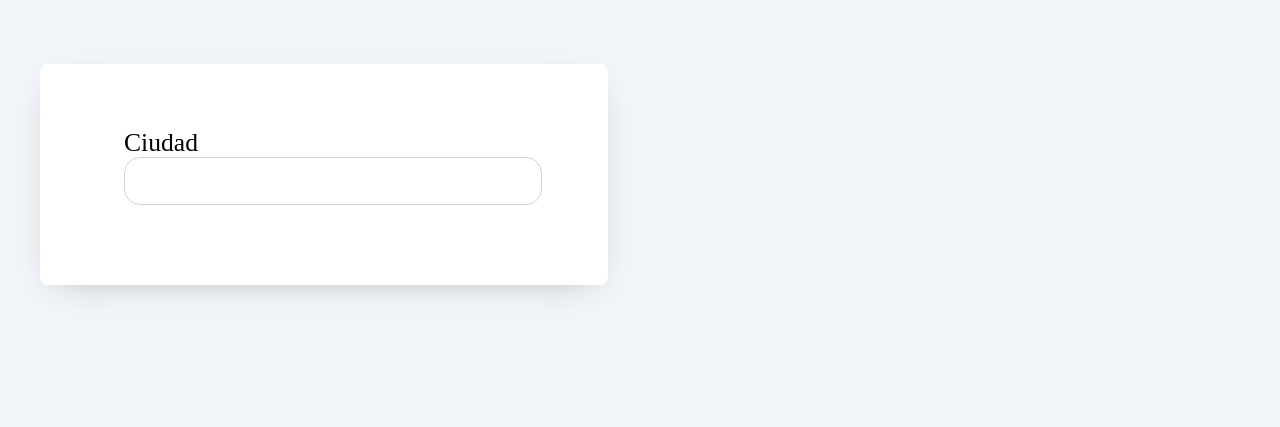
Repository: CarlosCamposRodriguez99/climaApp
Page: /
The author's editor kept a copy of each file at every save. The page is drawn from the files as they stood at one save, then again after a run of saves.
The browser window is 1280 px wide. The pictures show the whole page.
Some web fonts or font styles are not loaded; a fallback is used. The project was rebuilt for these pictures with package versions that can differ from the ones it lists, and the page was loaded fresh each time. Also part of the build but not shown: vite.config.js.

Above is the page before, as saved 2022-03-15 18:22:18.

### index.html
<!DOCTYPE html>
<html lang="en">
  <head>
    <meta charset="UTF-8" />
    <link rel="icon" type="image/svg+xml" href="/src/favicon.svg" />
    <meta name="viewport" content="width=device-width, initial-scale=1.0" />
    <title>Clima App - Context</title>
    <link rel="stylesheet" href="https://cdnjs.cloudflare.com/ajax/libs/modern-normalize/1.1.0/modern-normalize.min.css">
    <link rel="preconnect" href="https://fonts.googleapis.com">
    <link rel="preconnect" href="https://fonts.gstatic.com" crossorigin>
    <link href="https://fonts.googleapis.com/css2?family=Hubballi&family=Inter:wght@900&display=swap" rel="stylesheet">

  </head>
  <body>
    <div id="root"></div>
    <script type="module" src="/src/main.jsx"></script>
  </body>
</html>

### src/index.css
body {
  font-family: 'Hubballi', cursive;
  background-color: #f1f5f9;
  font-size: 1.6rem;
}
header {
  background-color: #0ea5e9;
  padding: 1.5rem;
  border-bottom: 1rem solid #0284c7;
}
header h1 {
  text-align: center;
  color: white;
  font-family: 'Inter', sans-serif;
  font-size: 3rem;
  margin:0;
}
.dos-columnas {
  display: grid;
  gap: 4rem;
}
@media (min-width: 768px) {
  .dos-columnas {
    grid-template-columns: repeat(2, 1fr);
  }
}
main {
  margin: 4rem auto;
  max-width: 1200px;
}
.contenedor {
  margin: 0 auto 2rem auto;
  border-radius: .5rem;
  background-color: white;
  padding: 4rem;
  -webkit-box-shadow: 0px 10px 33px -17px rgba(173,173,173,1);
  -moz-box-shadow: 0px 10px 33px -17px rgba(173,173,173,1);
  box-shadow: 0px 10px 33px -17px rgba(173,173,173,1);
  width: 100%;
}
form {
  width: 100%;
}
.campo {
  max-width: 400px;
  margin: 0 auto 1rem auto;
}
.campo label {
  display: block;

}
.campo input,
.campo select {
  all: unset;
  border: 1px solid #cbd5e1;
  width: 100%;
  border-radius: 1rem;
  padding: .5rem;
}

input[type="submit"] {
  background-color: #0ea5e9;
  margin: 2rem auto 0 auto;
  display: block;
  padding: 1rem 3rem;
  color: white;
  text-transform: uppercase;
  font-family: 'Inter', sans-serif;
  font-size: 1rem;
  border: none;
  width: 100%;
  transition: background-color .3s ease;
}
@media (min-width: 768px) {
  input[type="submit"]  {
    max-width: 400px;
  }
}
input[type="submit"]:hover {
  background-color: #0369a1;
}


.loading {
  display: flex;
  justify-content: center;
  align-items: center;
  width: 100%;
}

.sk-chase {
  width: 40px;
  height: 40px;
  position: relative;
  animation: sk-chase 2.5s infinite linear both;

}

.sk-chase-dot {
  width: 100%;
  height: 100%;
  position: absolute;
  left: 0;
  top: 0;
  animation: sk-chase-dot 2.0s infinite ease-in-out both;
}

.sk-chase-dot:before {
  content: '';
  display: block;
  width: 25%;
  height: 25%;
  background-color: #0ea5e9;
  border-radius: 100%;
  animation: sk-chase-dot-before 2.0s infinite ease-in-out both;
}

.sk-chase-dot:nth-child(1) { animation-delay: -1.1s; }
.sk-chase-dot:nth-child(2) { animation-delay: -1.0s; }
.sk-chase-dot:nth-child(3) { animation-delay: -0.9s; }
.sk-chase-dot:nth-child(4) { animation-delay: -0.8s; }
.sk-chase-dot:nth-child(5) { animation-delay: -0.7s; }
.sk-chase-dot:nth-child(6) { animation-delay: -0.6s; }
.sk-chase-dot:nth-child(1):before { animation-delay: -1.1s; }
.sk-chase-dot:nth-child(2):before { animation-delay: -1.0s; }
.sk-chase-dot:nth-child(3):before { animation-delay: -0.9s; }
.sk-chase-dot:nth-child(4):before { animation-delay: -0.8s; }
.sk-chase-dot:nth-child(5):before { animation-delay: -0.7s; }
.sk-chase-dot:nth-child(6):before { animation-delay: -0.6s; }

@keyframes sk-chase {
  100% { transform: rotate(360deg); }
}

@keyframes sk-chase-dot {
  80%, 100% { transform: rotate(360deg); }
}

@keyframes sk-chase-dot-before {
  50% {
    transform: scale(0.4);
  } 100%, 0% {
    transform: scale(1.0);
  }
}

### src/App.jsx
import AppClima from "./components/AppClima";

function App() {

  return (
    <AppClima />
  )
}

export default App

### src/components/AppClima.jsx
import React from 'react'
import Formulario from './Formulario'

const AppClima = () => {
  return (
    <>
        <main className="dos-columnas">
          <Formulario />
        </main>
    </>
  )
}

export default AppClima

### src/components/Formulario.jsx


const Formulario = () => {
  return (
    <div className="contenedor">
      <form>
        <div className="campo">
          <label htmlFor="ciudad">Ciudad</label>
          <input
            type="text"
            id="ciudad"
            name="ciudad"
          />
        </div>
      </form>
    </div>
  )
}

export default Formulario

Loaded but not shown: src/main.jsx (common file)

After the next 2 saves:
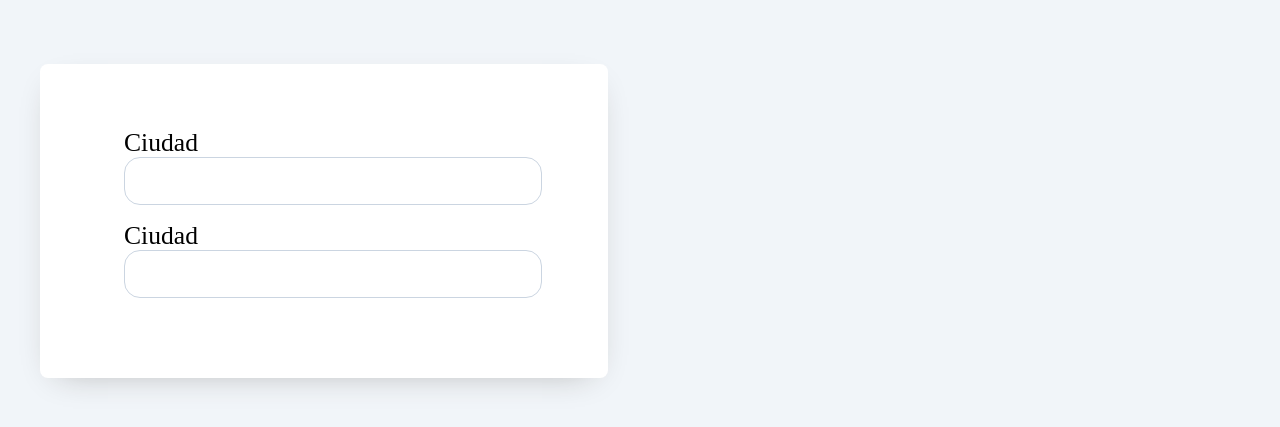
The 2 saves are shown as one change because they came seconds apart.
The last was saved 6 s later.
--- a/src/components/Formulario.jsx
+++ b/src/components/Formulario.jsx
@@ -12,6 +12,14 @@ const Formulario = () => {
             name="ciudad"
           />
         </div>
+        <div className="campo">
+          <label htmlFor="ciudad">Ciudad</label>
+          <input
+            type="text"
+            id="ciudad"
+            name="ciudad"
+          />
+        </div>
       </form>
     </div>
   )
